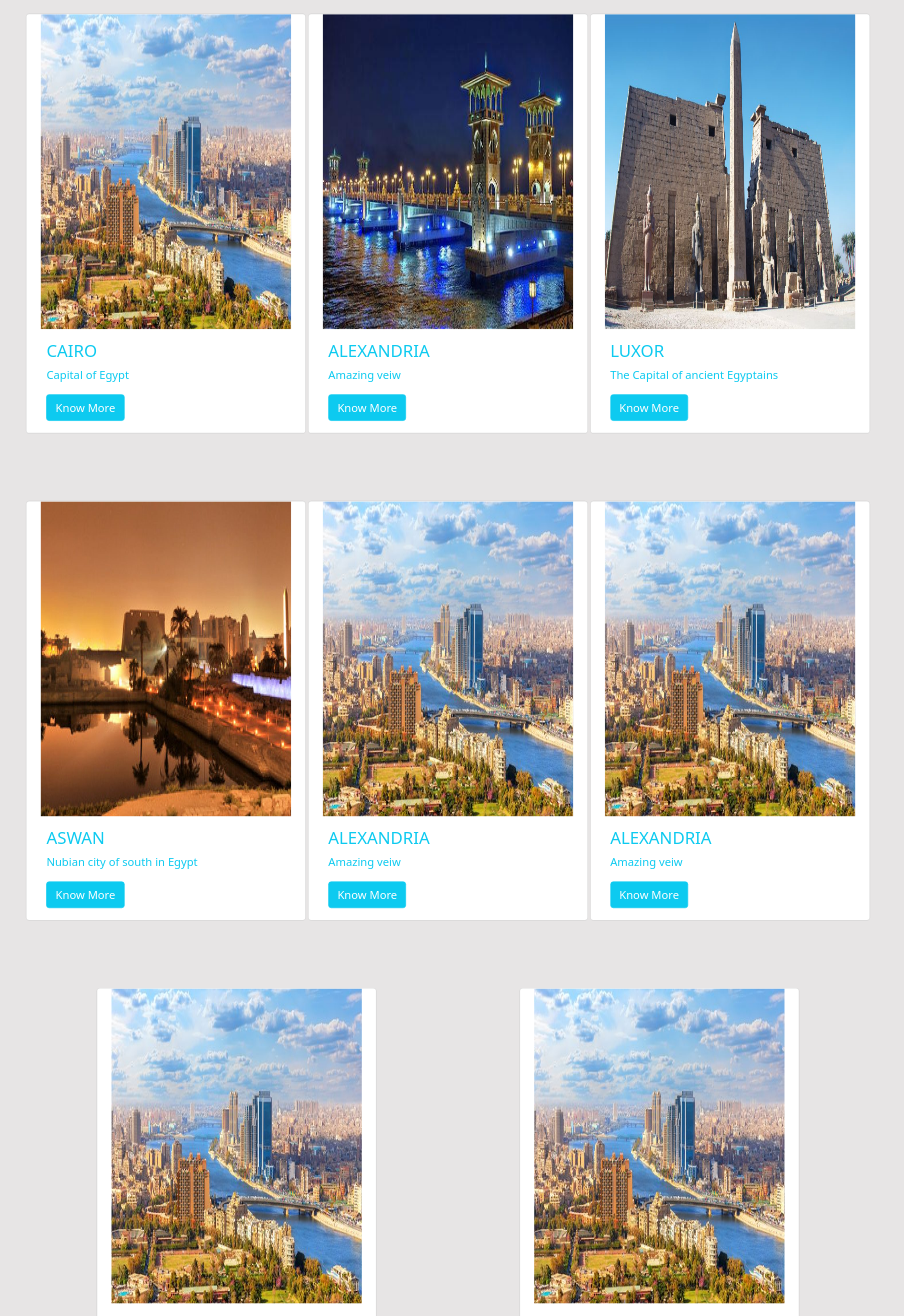
Repository: Ahmed123rezk123/P-temp
Page: index.html
The author's editor kept a copy of each file at every save. The page is drawn from the files as they stood at one save, then again after a run of saves.
The browser window is 1280 px wide. The page is 1292 px wide, so the pictures cover 1292 px, including what lies to the right of the window. The pictures show the part of the page from y = 3626 to 5506 px (the page is 5685 px tall), at 70% of full size.
Backgrounds fixed to the window are drawn as part of the page.

Above is the page before, as saved 2024-02-18 11:42:33.

### index.html
<!DOCTYPE html>
<html lang="en">
  <head>
    <meta charset="UTF-8" />
    <meta name="viewport" content="width=device-width, initial-scale=1.0" />
    <title>Document</title>
    <link rel="stylesheet" href="CSS/all.css" />
    <link
    href="https://cdn.jsdelivr.net/npm/bootstrap@5.1.3/dist/css/bootstrap.min.css"
    rel="stylesheet"
    integrity="sha384-1BmE4kWBq78iYhFldvKuhfTAU6auU8tT94WrHftjDbrCEXSU1oBoqyl2QvZ6jIW3"
    crossorigin="anonymous"
    />
    <link rel="stylesheet" href="CSS/style.css" />
  </head>
  <body>
    <nav class="navbar navbar-expand-lg bg-light sticky-top opacity-75">
      <div class="container-fluid">
        <a class="navbar-brand egypt p-lg-3" href="#">
          <img
            src="images/e2533023876439.5632a45cc17d8.jpg"
            class="img-fluid logo mb-2"
            alt=""
          />
          EGYPT
        </a>
        <button
          class="navbar-toggler"
          type="button"
          data-bs-toggle="collapse"
          data-bs-target="#navbarSupportedContent"
          aria-controls="navbarSupportedContent"
          aria-expanded="false"
          aria-label="Toggle navigation"
        >
          <i class="fas fa-bars"></i>
        </button>
        <div class="collapse navbar-collapse" id="navbarSupportedContent">
          <ul class="navbar-nav me-auto mb-2 mb-lg-0">
            <li class="nav-item">
              <a
                class="nav-link active text-info p-lg-2"
                aria-current="page"
                href="#"
                >Home</a
              >
            </li>
            <li class="nav-item">
              <a class="nav-link text-info p-lg-2" href="#">Link</a>
            </li>
            <li class="nav-item dropdown">
              <a
                class="nav-link dropdown-toggle text-info border rounded border-info border-2 trips p-lg-2"
                href="#"
                id="navbarDropdown"
                role="button"
                data-bs-toggle="dropdown"
                aria-expanded="false"
              >
                Trips
              </a>
              <ul class="dropdown-menu" aria-labelledby="navbarDropdown">
                <li><a class="dropdown-item text-info" href="#">Cairo</a></li>
                <li><a class="dropdown-item text-info" href="#">Alex</a></li>
                <li><hr class="dropdown-divider text-info" /></li>
                <li><a class="dropdown-item text-info" href="#">Aswan</a></li>
                <li><a class="dropdown-item text-info" href="#">Luxor</a></li>
                <li>
                  <a class="dropdown-item text-info" href="#">Sharm Elsaikh</a>
                </li>
                <li>
                  <a class="dropdown-item text-info" href="#">El Glala</a>
                </li>
                <li>
                  <a class="dropdown-item text-info" href="#">More ...</a>
                </li>
              </ul>
            </li>
            <li class="nav-item">
              <a class="nav-link disabled text-info p-lg-2">About</a>
            </li>
          </ul>
          <form class="d-flex">
            <input
              class="form-control border-info me-2"
              type="search"
              placeholder="Search"
              aria-label="Search"
            />
            <button class="btn btn-info me-2 text-light" type="submit">
              Search
            </button>
            <button type="button" class="btn btn-info text-light"  data-bs-toggle="modal" data-bs-target="#exampleModal">
              Login
            </button>

          </form>
        </div>
      </div>
    </nav>
    <!-- start model -->
    <div
    class="modal fade"
    id="exampleModal"
    tabindex="-1"
    aria-labelledby="exampleModalLabel"
    aria-hidden="true"
  >
    <div class="modal-dialog">
      <div class="modal-content">
        <div class="modal-header bg-info">
          <h5 class="modal-title   text-white " id="exampleModalLabel">
            Login
          </h5>
          <button
            type="button"
            class="btn-close bg-light"
            data-bs-dismiss="modal"
            aria-label="Close"
          ></button>
        </div>
        <div class="modal-body text-info">
          <form>
            <div class="mb-3">
              <label for="exampleInputEmail1" class="form-label">Email address</label>
              <input type="email" class="form-control  border border-info" id="exampleInputEmail1" aria-describedby="emailHelp">
              <div id="emailHelp" class="form-text">We'll never share your email with anyone else.</div>
            </div>
            <div class="mb-3">
              <label for="exampleInputPassword1" class="form-label">Password</label>
              <input type="password" class="form-control border border-info" id="exampleInputPassword1">
            </div>
            <div class="form-check form-switch   ">
              <input class="form-check-input bg-info" type="checkbox" role="switch" id="flexSwitchCheckChecked" checked>
              <label class="form-check-label " for="flexSwitchCheckChecked">Remmember me</label>
            </div>
          </form>
        </div>

        <div class="modal-footer">
            <button type="button" class="btn btn-info text-white">Login</button>
          <button type="button" class="btn btn-info text-white"  data-bs-dismiss="modal"  aria-label="Close">
            Close
          </button>

        </div>
      </div>

    </div>
  </div>
  <!-- end model -->

<!--  Section 1-->
<ul class="links">
  <li><a href="#"><i class="fab fa-facebook-square"></i></a></li>
  <li><a href="#"><i class="fab fa-whatsapp-square"></i></a></li>
  <li><a href="#"><i class="fab fa-twitter-square"></i></a></li>
  <li><a href="#"><i class="fab fa-linkedin"></i></a></li>
  <li><a href="#"><i class="fab fa-instagram-square"></i></a></li>
</ul>
<div id="carouselExampleCaptions" class="carousel carousel-white slide" data-bs-ride="carousel">
  <div class="carousel-indicators">
    <button type="button" data-bs-target="#carouselExampleCaptions" data-bs-slide-to="0" class="active" aria-current="true" aria-label="Slide 1"></button>
    <button type="button" data-bs-target="#carouselExampleCaptions" data-bs-slide-to="1" aria-label="Slide 2"></button>
    <button type="button" data-bs-target="#carouselExampleCaptions" data-bs-slide-to="2" aria-label="Slide 3"></button>
    <button type="button" data-bs-target="#carouselExampleCaptions" data-bs-slide-to="3" aria-label="Slide 4"></button>
    <button type="button" data-bs-target="#carouselExampleCaptions" data-bs-slide-to="4" aria-label="Slide 5"></button>
    <button type="button" data-bs-target="#carouselExampleCaptions" data-bs-slide-to="5" aria-label="Slide 6"></button>
  </div>
  <div class="carousel-inner">
    <div class="carousel-item active" data-bs-interval="10000">
      <img src="images/cairo.jpg" class="" alt="...">

      <div class="carousel-caption d-none d-md-block content">
        <h1 class="text-white">CAIRO</h1>
        <p class="text-white">We had such a great time in Egypt</p>
        <button type="button" class="btn btn-info text-white">Visit Us</button>
      </div>

    </div>
    <div class="carousel-item" data-bs-interval="2000">
      <img src="images/Alex.jpg" class="" alt="...">
      <div class="carousel-caption d-none d-md-block content">
        <h1 class="text-white">ALEX</h1>
        <p class="text-white">Alex is great</p>
        <button type="button" class="btn btn-info text-white">Visit Us</button>
      </div>
    </div>
    <div class="carousel-item">
      <img src="images/sharm.jpg" class="" alt="...">
      <div class="carousel-caption d-none d-md-block content">
        <h1 class="text-white">Sharm Elshekh</h1>
        <p class="text-white">Sharm is beautiful</p>
        <button type="button" class="btn btn-info text-white">Visit Us</button>
      </div>
    </div>
    <div class="carousel-item">
      <img src="images/glala.jpg" class="" alt="...">
      <div class="carousel-caption d-none d-md-block col-sm-12 content">
        <h1 class="text-white">El Glala</h1>
        <p class="text-white">I love El Glala</p>
        <button type="button" class="btn btn-info text-white">Visit Us</button>
      </div>
    </div>
    <div class="carousel-item">
      <img src="images/aswan.jpg" class="" alt="...">
      <div class="carousel-caption d-none d-md-block content">
        <h1 class="text-white">Aswan</h1>
        <p class="text-white">I want Visit Aswan</p>
        <button type="button" class="btn btn-info text-white">Visit Us</button>
      </div>
    </div>
    <div class="carousel-item">
      <img src="images/الأقصر-2.jpg" class="" alt="...">
      <div class="carousel-caption d-none d-md-block content">
        <h1 class="text-white">Luxor</h1>
        <p class="text-white">I love this city</p>
        <button type="button" class="btn btn-info text-white">Visit Us</button>
      </div>
    </div>
  </div>
  <button class="carousel-control-prev" type="button" data-bs-target="#carouselExampleCaptions" data-bs-slide="prev">
    <span class="carousel-control-prev-icon text-white" aria-hidden="true"></span>
    <span class="visually-hidden">Previous</span>
  </button>
  <button class="carousel-control-next" type="button" data-bs-target="#carouselExampleCaptions" data-bs-slide="next">
    <span class="carousel-control-next-icon" aria-hidden="true"></span>
    <span class="visually-hidden">Next</span>
  </button>
</div>
<!-- Start section 2 -->
<div class="section2 mb-3 ">
  <div class="content p-4">
    <h2>WELCOME</h2>
    <p>Lorem ipsum, dolor sit amet consectetur adipisicing elit. Nihil provident ullam dolores distinctio maxime nesciunt fugit atque, cumque perspiciatis error vero tempore minus maiores molestiae et rerum voluptatum debitis! Dolorum.</p>
    <button class="btn btn-light text-info">Learn more</button>
  </div>
</div>
<hr>
<!-- End section 2 -->

<!-- start section 3 -->
<div class="section3 mb-3 ">
  <h1>Popular destinations in Egypt</h1>
</div>
<!-- End section 3 -->

<!-- Start section 4 -->
<div id="accordion">

  <div class="card">
    <div class="card-header">
      <a class="btn" data-bs-toggle="collapse" href="#collapseOne">
        GIZA CITY
      </a>
    </div>
    <div id="collapseOne" class="collapse show" data-bs-parent="#accordion">
      <div class="card-body bg-light">
        Lorem ipsum dolor sit, amet consectetur adipisicing elit. Provident possimus earum dolorem quasi ipsum mollitia amet laborum rem soluta.
      </div>
    </div>
  </div>

  <div class="card">
    <div class="card-header card-head">
      <a class="collapsed btn" data-bs-toggle="collapse" href="#collapseTwo">
       LUXOR CITY
      </a>
    </div>
    <div id="collapseTwo" class="collapse" data-bs-parent="#accordion">
      <div class="card-body">
        Lorem ipsum dolor sit, amet consectetur adipisicing elit. Provident possimus earum dolorem quasi ipsum mollitia amet laborum rem soluta.
      </div>
    </div>
  </div>

  <div class="card">
    <div class="card-header card-head">
      <a class="collapsed btn" data-bs-toggle="collapse" href="#collapseThree">
      SHARM ElSAIKH
      </a>
    </div>
    <div id="collapseThree" class="collapse" data-bs-parent="#accordion">
      <div class="card-body">
        Lorem ipsum dolor sit, amet consectetur adipisicing elit. Provident possimus earum dolorem quasi ipsum mollitia amet laborum rem soluta.
      </div>
    </div>
  </div>
</div>
<hr>
<!-- End Section 4 -->


<!-- Start section 5 -->
<div class="section5 ">
  <h1>Translate From Arabic To English</h1>
</div>
<!-- End section 5 -->


<!-- start section 6 -->
  <div class="section6">
    <div class="content">
      <p class="text-white">Write and Translate <button>Press Here</button></p>
      <button type="button" class="btn  text-info bg-white mb-3" data-bs-toggle="tooltip" data-bs-placement="right-bottom" title="Copy to Clipboard"  data-bs-toggle="popover" title="Popover Header" data-bs-content="Some content inside the popover">Copy</button>
      <div class="form-floating">
        <textarea class="form-control" placeholder="translate:" id="floatingTextarea" style="height: 200px"></textarea>
        <label for="floatingTextarea">Translate:</label>
      </div>
    </div>
  </div>
  <hr>
<!-- End section 6 -->
<!-- Start Section 7 -->
<div class="section7 ">
  <h1>Translate From Arabic To French</h1>
</div>
<!-- End Section 7 -->

<!-- start section 8 -->
<div class="section8">
  <div class="content">
    <p class="text-white">Write and Translate <button>Press Here</button></p>
    <button class="btn  text-info bg-white mb-3">Copy</button>
    <div class="form-floating">
      <textarea class="form-control" placeholder="translate:" id="floatingTextarea" style="height: 200px"></textarea>
      <label for="floatingTextarea">Translate:</label>
    </div>
  </div>
</div>
<hr>
<!-- End section 8 -->


<!-- Start Section 9 -->
<div class="section7 ">
  <h1>Translate From Arabic To German</h1>
</div>
<!-- End Section 9 -->

<!-- start section 10 -->
<div class="section8">
  <div class="content">
    <p class="text-white">Write and Translate <button>Press Here</button></p>
    <button class="btn  text-info bg-white mb-3">Copy</button>
    <div class="form-floating">
      <textarea class="form-control" placeholder="translate:" id="floatingTextarea" style="height: 200px"></textarea>
      <label for="floatingTextarea">Translate:</label>
    </div>
  </div>
</div>
<hr>
<!-- End section 10 -->
<!-- Start Section 11 -->
<div class="section11 ">
<div class="overlay">
 <div class="image">
 </div>
</div>
 </div>
<!-- End Section 11 -->
  <!-- Start Section 12 -->
  <div class="section12 text-center mb-5">
    <h1>Popular destinations in Egypt</h1>
  </div>
  <!-- End section 12 -->

  <!-- Start Section 13 -->
    <div class="section13 ">
      <div class="row  d-flex justify-content-around p-5">
      <div class="col-sm-4 card rounded-3" style="width:400px; height: 600px;">
        <img class="card-img-top rounded-top img-fluid ps-2 pe-2 " style="height: 450px;" src="images/cairo-city-egypt-2020(visit).jpg" alt="Card image">
        <div class="card-body">
          <h4 class="card-title text-info">CAIRO</h4>
          <p class="card-text text-info">Capital of Egypt</p>
          <a href="#" class=" btn btn-info text-white">Know More</a>
        </div>
      </div>

      <div class="col-sm-4 card rounded-3" style="width:400px; height: 600px;">
        <img class="card-img-top rounded-top img-fluid ps-2 pe-2 " style="height: 450px;" src="images/Alexandria-City(visit).jpg" alt="Card image">
        <div class="card-body">
          <h4 class="card-title text-info">ALEXANDRIA</h4>
          <p class="card-text text-info">Amazing veiw</p>
          <a href="#" class=" btn btn-info text-white">Know More</a>
        </div>
      </div>

      <div class="col-sm-4 card rounded-3" style="width:400px; height: 600px;">
        <img class="card-img-top rounded-top img-fluid ps-2 pe-2 " style="height: 450px;" src="images/visit1(luxor).jpg" alt="Card image">
        <div class="card-body">
          <h4 class="card-title text-info">LUXOR</h4>
          <p class="card-text text-info">The Capital of ancient Egyptains</p>
          <a href="#" class=" btn btn-info text-white">Know More</a>
        </div>
      </div>
      </div>
      <div class="row d-flex justify-content-around p-5">
      <div class="col-sm-4 card rounded-3" style="width:400px; height: 600px;">
        <img class="card-img-top rounded-top img-fluid ps-2 pe-2 " style="height: 450px;" src="images/visit2(aswan).jpg" alt="Card image">
        <div class="card-body">
          <h4 class="card-title text-info">ASWAN</h4>
          <p class="card-text text-info">Nubian city of south in Egypt</p>
          <a href="#" class=" btn btn-info text-white">Know More</a>
        </div>
      </div>

      <div class="col-sm-4 card rounded-3" style="width:400px; height: 600px;">
        <img class="card-img-top rounded-top img-fluid ps-2 pe-2 " style="height: 450px;" src="images/cairo-city-egypt-2020(visit).jpg" alt="Card image">
        <div class="card-body">
          <h4 class="card-title text-info">ALEXANDRIA</h4>
          <p class="card-text text-info">Amazing veiw</p>
          <a href="#" class=" btn btn-info text-white">Know More</a>
        </div>
      </div>

      <div class="col-sm-4 card rounded-3" style="width:400px; height: 600px;">
        <img class="card-img-top rounded-top img-fluid ps-2 pe-2 " style="height: 450px;" src="images/cairo-city-egypt-2020(visit).jpg" alt="Card image">
        <div class="card-body">
          <h4 class="card-title text-info">ALEXANDRIA</h4>
          <p class="card-text text-info">Amazing veiw</p>
          <a href="#" class=" btn btn-info text-white">Know More</a>
        </div>
      </div>
</div>
      <div class="row d-flex justify-content-around p-5">
      <div class=" col-sm-6 card rounded-3" style="width:400px; height: 600px;">
        <img class="card-img-top rounded-top img-fluid ps-2 pe-2 " style="height: 450px;" src="images/cairo-city-egypt-2020(visit).jpg" alt="Card image">
        <div class="card-body">
          <h4 class="card-title text-info">ALEXANDRIA</h4>
          <p class="card-text text-info">Amazing veiw</p>
              <a href="#" class=" btn btn-info text-white">Know More</a>
        </div>
      </div>

      <div class="col-sm-6 card rounded-3" style="width:400px; height: 600px;">
        <img class="card-img-top rounded-top img-fluid ps-2 pe-2 " style="height: 450px;" src="images/cairo-city-egypt-2020(visit).jpg" alt="Card image">
        <div class="card-body">
          <h4 class="card-title text-info">ALEXANDRIA</h4>
          <p class="card-text text-info">Amazing veiw</p>
              <a href="#" class=" btn btn-info text-white">Know More</a>
        </div>
      </div>
</div>
    </div>
  <!-- End Section 13 -->

  <script
      src="https://cdn.jsdelivr.net/npm/bootstrap@5.1.3/dist/js/bootstrap.bundle.min.js"
      integrity="sha384-ka7Sk0Gln4gmtz2MlQnikT1wXgYsOg+OMhuP+IlRH9sENBO0LRn5q+8nbTov4+1p"
      crossorigin="anonymous"
    >
//   var popoverTriggerList = [].slice.call(document.querySelectorAll('[data-bs-toggle="popover"]'))
// var popoverList = popoverTriggerList.map(function (popoverTriggerEl) {
//   return new bootstrap.Popover(popoverTriggerEl)
// })
  </script>
  </body>
</html>

Loaded but not shown: CSS/all.css (library); CSS/style.css (304 lines, source omitted)

After the next 2 saves:
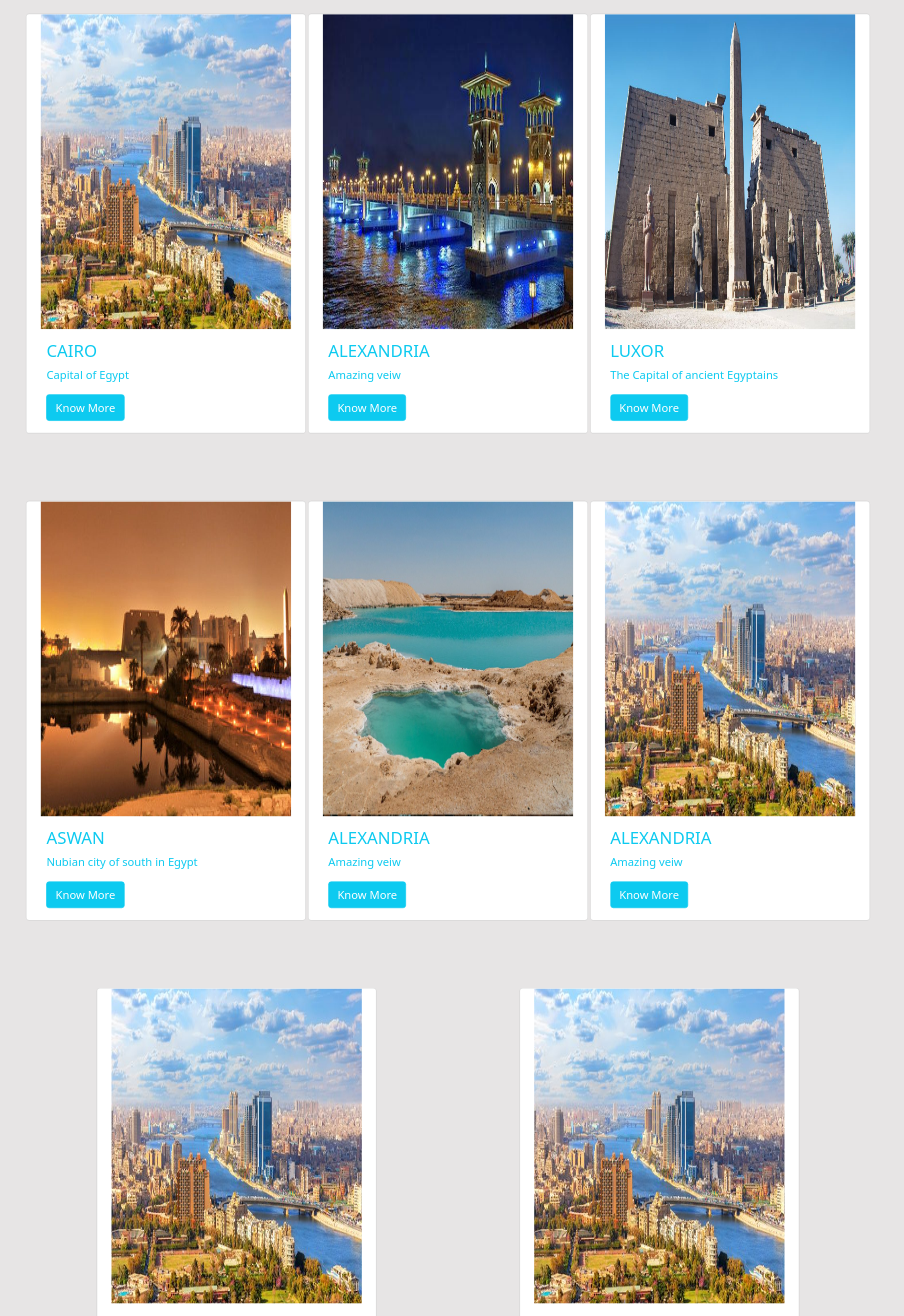
The 2 saves are shown as one change because they came seconds apart.
The last was saved 9 s later.
--- a/index.html
+++ b/index.html
@@ -406,7 +406,7 @@
       </div>
 
       <div class="col-sm-4 card rounded-3" style="width:400px; height: 600px;">
-        <img class="card-img-top rounded-top img-fluid ps-2 pe-2 " style="height: 450px;" src="images/cairo-city-egypt-2020(visit).jpg" alt="Card image">
+        <img class="card-img-top rounded-top img-fluid ps-2 pe-2 " style="height: 450px;" src="images/visit3(sewa).png" alt="Card image">
         <div class="card-body">
           <h4 class="card-title text-info">ALEXANDRIA</h4>
           <p class="card-text text-info">Amazing veiw</p>
